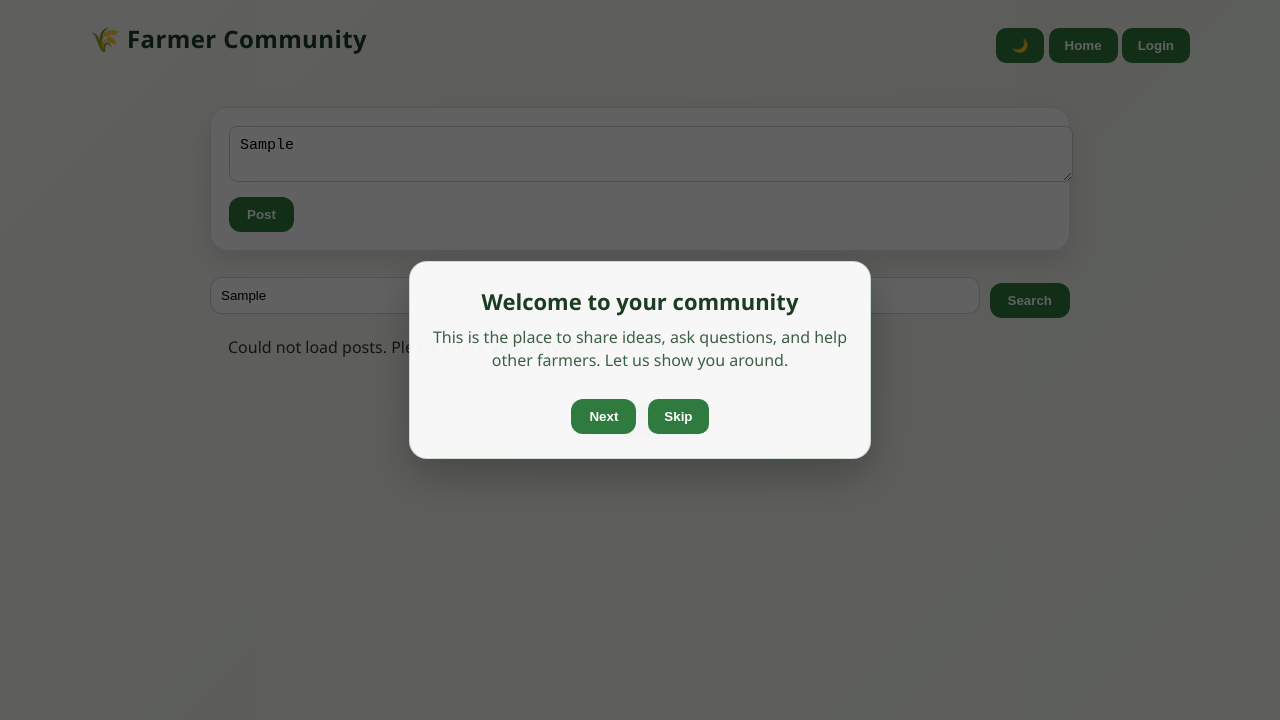
Repository: Desterhub/Agrogyanchatgpt
Page: agrogyan-gpt-main/frontend/community.html
The author's editor kept a copy of each file at every save. The page is drawn from the files as they stood at one save, then again after the next save.
The browser window is 1280 px wide. The pictures show the whole page.
Empty fields were first filled with sample values (such as "Sample", 5 or name@example.com).
After loading, the first visible `.post-box > button` was clicked once.
The page's requests for data from a server got no answer.

Above is the page before, as saved 2026-03-12 05:26:46.

After the next save:
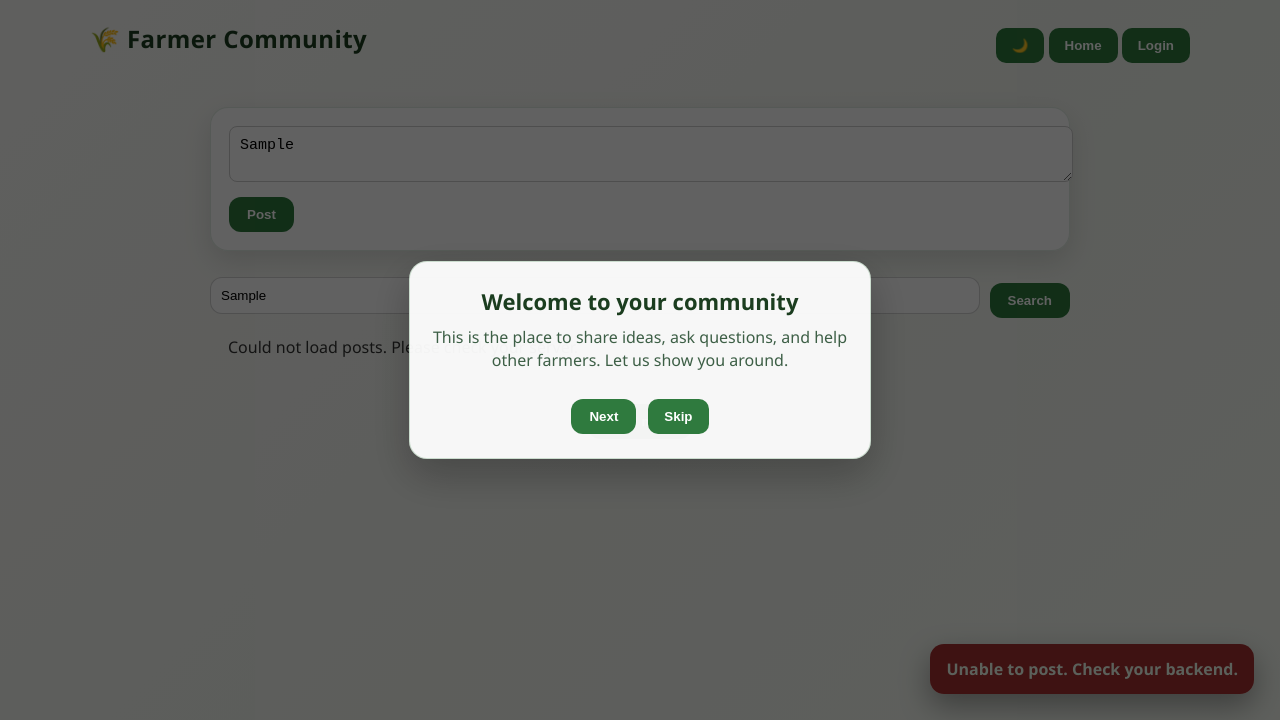
Saved 13 s later.
--- a/agrogyan-gpt-main/frontend/community.html
+++ b/agrogyan-gpt-main/frontend/community.html
@@ -360,16 +360,20 @@ async function createPost() {
         return;
     }
 
-    await fetch(API + "/community/create-post", {
-        method: "POST",
-        headers: { "Content-Type": "application/json" },
-        body: JSON.stringify({ content, user_id: currentUserId || 1 })
-    });
-
-    document.getElementById("postContent").value = "";
-    await loadPosts({ reset: true });
-    scrollToLatestPost();
-    showToast("Posted! Your post is now live.");
+    try {
+        await fetch(API + "/community/create-post", {
+            method: "POST",
+            headers: { "Content-Type": "application/json" },
+            body: JSON.stringify({ content, user_id: currentUserId || 1 })
+        });
+        document.getElementById("postContent").value = "";
+        await loadPosts({ reset: true });
+        scrollToLatestPost();
+        showToast("Posted! Your post is now live.");
+    } catch (err) {
+        showToast("Unable to post. Check your backend.", "error");
+        console.error("createPost error", err);
+    }
 }
 
 async function loadPosts({ reset = true } = {}) {
